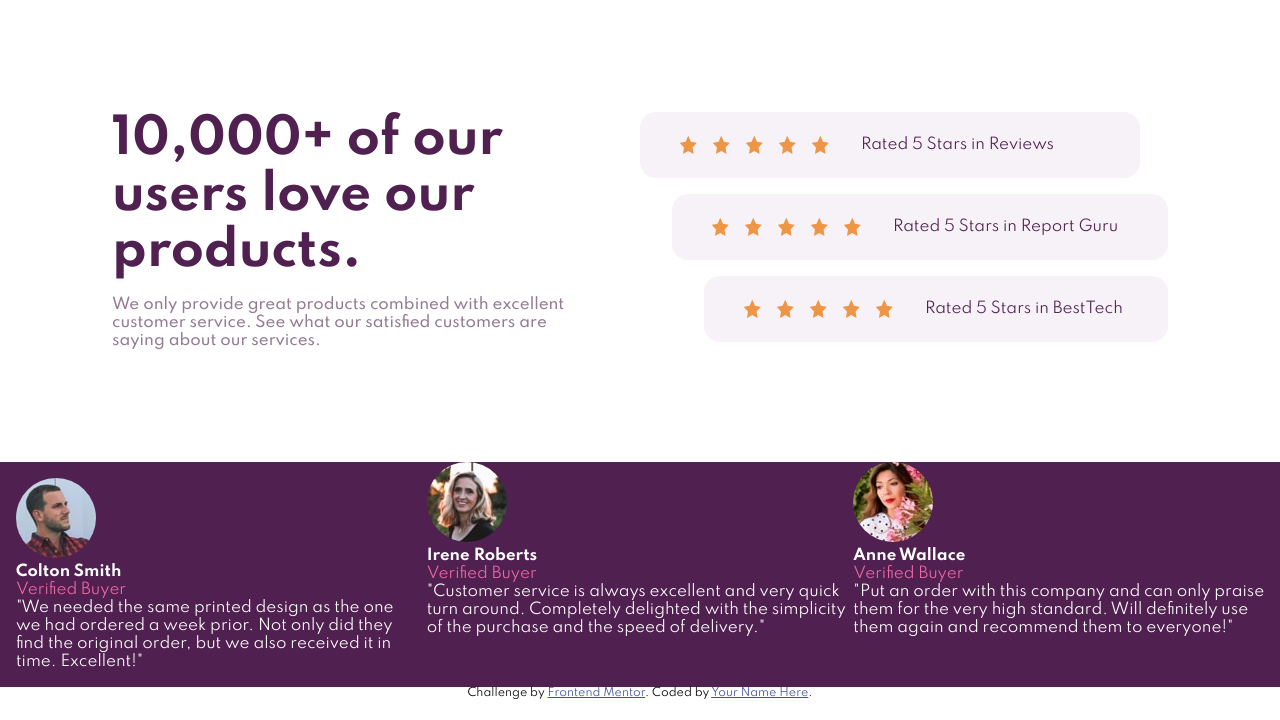
Repository: Pedrohamoura-Git/Frontend-Mentor-Challenges
Page: Newbie/social-proof-section-master/index.html
An editor plug-in stored every save of this project. The page is shown before and after the next save, followed by the edit.
The browser window is 1280 px wide. The pictures show the whole page.

Above is the page before, as saved 2021-05-30 12:26:36.

### Newbie/social-proof-section-master/index.html
<!DOCTYPE html>
<html lang="en">
  <head>
    <meta charset="UTF-8" />
    <meta name="viewport" content="width=device-width, initial-scale=1.0" />
    <!-- displays site properly based on user's device -->

    <link
      rel="icon"
      type="image/png"
      sizes="32x32"
      href="./images/favicon-32x32.png"
    />

    <link rel="stylesheet" href="css/style.css">

    <title>Frontend Mentor | Social proof section</title>

    <!-- Feel free to remove these styles or customise in your own stylesheet 👍 -->
    <style>
      .attribution {
        font-size: 11px;
        text-align: center;
      }
      .attribution a {
        color: hsl(228, 45%, 44%);
      }
    </style>
  </head>

  <body>
    <div class="wrapper">
      <!-- Start header -->
      <header>
        <div id="title">
          <h1>10,000+ of our users love our products.</h1>

          <p>We only provide great products combined with excellent customer service. See what our satisfied customers are saying about our services.</p>
        </div>

        <!-- Start ratings -->
        <aside id="ratings">

          <!-- Start section-a -->
          <div id="section-a">
            <img src="images/icon-star.svg" alt="Rating-a">
            <img src="images/icon-star.svg" alt="Rating-a">
            <img src="images/icon-star.svg" alt="Rating-a">
            <img src="images/icon-star.svg" alt="Rating-a">
            <img src="images/icon-star.svg" alt="Rating-a">
            <p>Rated 5 Stars in Reviews</p>
          </div>
          <!-- /End section-a  -->

          <!-- Start section-b  -->
          <div id="section-b">
            <img src="images/icon-star.svg" alt="Rating-b">
            <img src="images/icon-star.svg" alt="Rating-b">
            <img src="images/icon-star.svg" alt="Rating-b">
            <img src="images/icon-star.svg" alt="Rating-b">
            <img src="images/icon-star.svg" alt="Rating-b">
            <p>Rated 5 Stars in Report Guru</p>
          </div>
          <!-- /End section-b  -->

          <!-- Start section-c  -->
            <div id="section-c">
              <img src="images/icon-star.svg" alt="Rating-c">
              <img src="images/icon-star.svg" alt="Rating-c">
              <img src="images/icon-star.svg" alt="Rating-c">
              <img src="images/icon-star.svg" alt="Rating-c">
              <img src="images/icon-star.svg" alt="Rating-c">
              <p>Rated 5 Stars in BestTech</p>
            </div>
          <!-- /End section-c  -->
          </aside>

      </header>
      <!-- End header -->

      <!-- Start reviews  -->
      <div id="reviews">

        <!-- Start section-d  -->
        <div id="section-d">
          <img src="images/image-colton.jpg" alt="Colton's picture">
          <h4 class="name">Colton Smith</h4>
          <p class="verified">Verified Buyer</h4>
          <p>
            "We needed the same printed design as the one we had ordered a week prior.
            Not only did they find the original order, but we also received it in time.
            Excellent!"
          </p>
        </div>
        <!-- /End section-d -->

        <!-- Start section-e  -->
        <div id="section-e">
          <img src="images/image-irene.jpg" alt="Irene's picture">
          <h4 class="name">Irene Roberts </h4>
          <p class="verified">Verified Buyer</h4>
          <p>
            "Customer service is always excellent and very quick turn around. Completely
            delighted with the simplicity of the purchase and the speed of delivery."
          </p>
        </div>
        <!-- /End section-e -->

        <!-- Start section-f -->
        <div id="section-f">
          <img src="images/image-anne.jpg" alt="Anne's picture">
          <h4 class="name">Anne Wallace</h4>
          <p class="verified">Verified Buyer</h4>
          <p class="commentary">
            "Put an order with this company and can only praise them for the very high
            standard. Will definitely use them again and recommend them to everyone!"
          </p>
        </div>
      </div>
      <!-- /End section-f  -->

    </div>
    <!-- End Reviews  -->

    <div class="attribution">
      Challenge by
      <a href="https://www.frontendmentor.io?ref=challenge" target="_blank"
        >Frontend Mentor</a
      >. Coded by <a href="#">Your Name Here</a>.
    </div>
  </body>
</html>

### Newbie/social-proof-section-master/css/style.css
/*
** Basic Format
*/
    @import url('https://fonts.googleapis.com/css2?family=Spartan:wght@400;500;700&display=swap');

    * {
        box-sizing: border-box;
        margin: 0;
        padding: 0;
    }

    body {
        font-family: Spartan;
        font-size: 15px;
        /* font-weight:  700; */
    }

    header h1 {
        color: hsl(300, 43%, 22%);
    }

    header p {
        color: hsl(303, 10%, 53%);
    }


    #ratings #section-a, #section-b, #section-c {
        background-color: hsl(300, 24%, 96%);
        /* text-align: center; */
    }

    #ratings p {
        color: hsl(300, 43%, 22%);
    }


    #reviews #section-d, #section-e, #section-f {
        background-color: hsl(300, 43%, 22%);
        color: white;
    }

    #reviews img {
        border-radius: 5rem;
    }

    #reviews p.verified {
        color:hsl(333, 80%, 67%);
    }

/*
** Wrapper
*/

    /*
    ** Header
    */
        /*
        ** Header - Title
        */
            header {
                display: grid;
                grid-template-columns: repeat(2, 1fr);
                padding: 7rem;

                /* background-color: green; */
            }

            header #title {
                max-width: 480px;

                /* border: 1px solid green; */
            }

            header #title h1 {
                font-size: 3rem;
                margin-bottom: 1rem;
            }

            header #title p {
                font-weight: 500;
            }

        /*
        ** Header - Ratings
        */
            #ratings {
                /* border: 1px solid red; */
            }

            #section-a, #section-b, #section-c {
                border-radius: 1rem;
                max-width: 500px;
                padding: 1.5rem;

                /* background-color: red; */
            }

            #section-a, #section-b, #section-c  {
                display: flex;
                flex-wrap: wrap;

            }

            #section-a img, #section-b img, #section-c img {
                margin-left: 1rem;
            }

            #section-a p, #section-b p, #section-c p {
                margin-left: 2rem;
                margin-bottom: 0rem;
            }

            /*
            ** Header - Ratings - Section-b
            */
                #section-b {
                    margin-left: 2rem;
                    margin-top: 1rem;
                }


            /*
            ** Header - Ratings - Section-c
            */
                #section-c {
                    margin-left: 4rem;
                    margin-top: 1rem;
                }

    /*
    ** Reviews
    */
        #reviews {
            display: grid;
            grid-template-columns: repeat(3, 1fr);
            /* column-gap: 1rem; */
        }

        #section-d {
            padding: 1rem;
        }

After the next save:
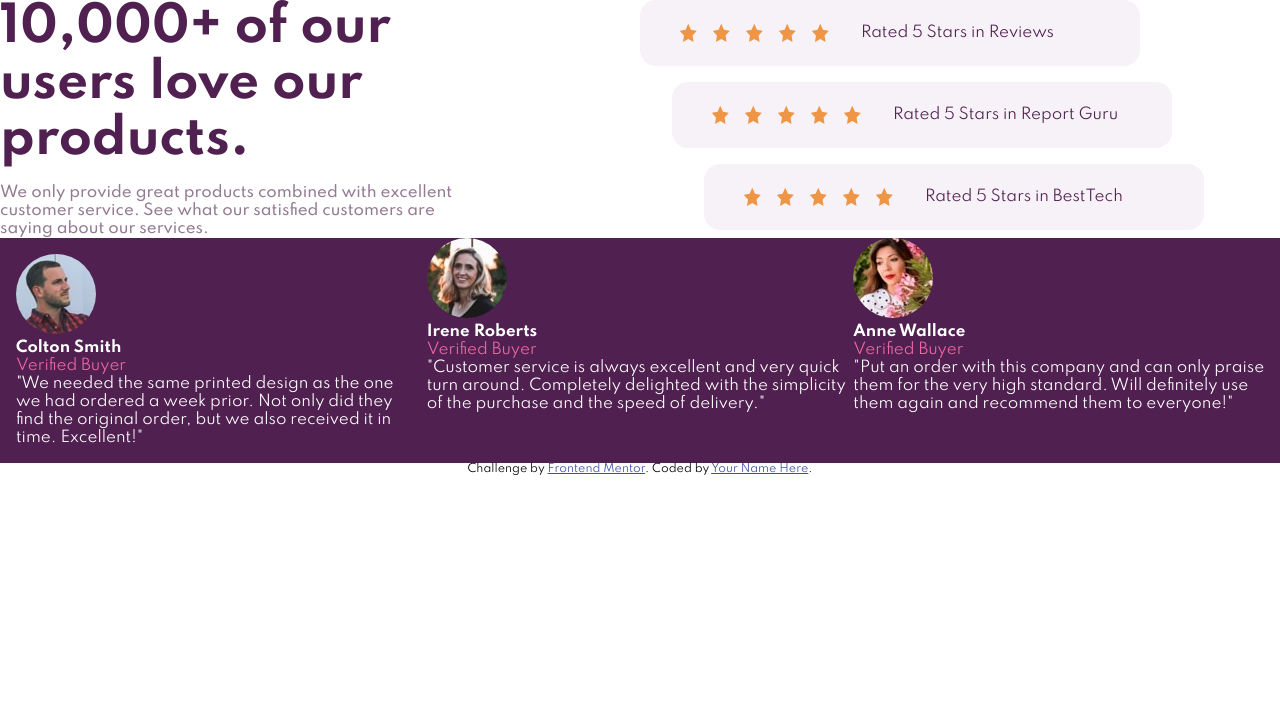
Saved 31 s later.
--- a/Newbie/social-proof-section-master/css/style.css
+++ b/Newbie/social-proof-section-master/css/style.css
@@ -60,7 +60,6 @@
             header {
                 display: grid;
                 grid-template-columns: repeat(2, 1fr);
-                padding: 7rem;
 
                 /* background-color: green; */
             }
